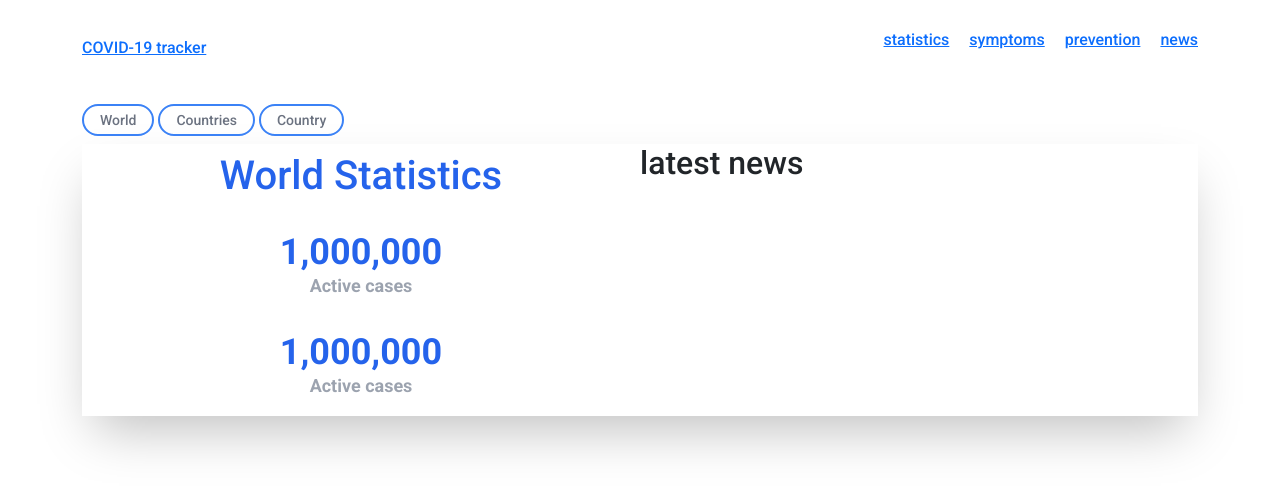
Repository: latenightsnacc/covid-19tracker
Page: design/index.html
An editor plug-in stored every save of this project. The page is shown before and after the next save, followed by the edit.
The browser window is 1280 px wide. The pictures show the whole page.
Some web libraries are served in a nearby version.

Above is the page before, as saved 2021-07-22 16:37:40.

### design/index.html
<!DOCTYPE html>
<html lang="en">
<head>
    <meta charset="UTF-8">
    <meta http-equiv="X-UA-Compatible" content="IE=edge">
    <meta name="viewport" content="width=device-width, initial-scale=1.0">
    <!--Tailwind Css-->
    <link href="https://unpkg.com/tailwindcss@^2/dist/tailwind.min.css" rel="stylesheet">
    <!--Bootstrap CSS-->
    <link href="https://cdn.jsdelivr.net/npm/bootstrap@5.0.0-beta3/dist/css/bootstrap.min.css" rel="stylesheet" integrity="sha384-eOJMYsd53ii+scO/bJGFsiCZc+5NDVN2yr8+0RDqr0Ql0h+rP48ckxlpbzKgwra6" crossorigin="anonymous">
    <!--Font Awesome 5 CDN-->
    <link href="https://cdnjs.cloudflare.com/ajax/libs/font-awesome/5.13.0/css/all.min.css" rel="stylesheet">
    <!--Roboto: Google Font-->
    <link rel="preconnect" href="https://fonts.googleapis.com">
<link rel="preconnect" href="https://fonts.gstatic.com" crossorigin>
<link href="https://fonts.googleapis.com/css2?family=Roboto:wght@300;500;700&display=swap" rel="stylesheet">
    <title>COVID-19 Tracker</title>
    <style>
        * {
            font-family: 'Roboto', sans-serif;
        }
        #coco {

            fill: rgb(1, 1, 58);
            stroke: rgb(95, 4, 80);
            stroke-width: 5px;
            animation: virus-spin infinite 20s linear;

        }

        @keyframes virus-spin {
            from {
                /* transform: rotate(0deg); */
                transform: rotateZ(0deg);
            }
            to {
                transform: rotateZ(-360deg);
            }
        }

    </style>
</head>
<body>
    <main class="m-auto">
        <!--Navigation Component-->
        <div class="container">
            <nav class="flex justify-between w-100 items-center h-24">
                <a href="index.html">
                    <div>COVID-19 tracker</div>
                </a>
                <ul class="flex">
                    <li>
                        <a href="">statistics</a>
                    </li>
                    <li class="ml-5">
                        <a href="">symptoms</a>
                    </li>
                    <li class="ml-5">
                        <a href="">prevention</a>
                    </li>
                    <li class="ml-5">
                        <a href="">news</a>
                    </li>
                </ul>
            </nav>
        </div>

        <div class="container">
            <div class="tags py-2">
                <button class="border-2 border-blue-500 px-3 py-1 rounded-2xl text-gray-500 hover:bg-blue-500 hover:text-white text-mute text-sm capitalize">world</button>
                <button class="border-2 border-blue-500 px-3 py-1 rounded-2xl text-gray-500 hover:bg-blue-500 hover:text-white text-mute text-sm capitalize">countries</button>
                <button class="border-2 border-blue-500 px-3 py-1 rounded-2xl text-gray-500 hover:bg-blue-500 hover:text-white text-mute text-sm capitalize">country</button>
            </div>
            <div class="flex flex-col md:flex-row  shadow-2xl">

                <div class="w-100 md:w-1/2">
                    <h1 class="text-blue-600 text-center py-2">World Statistics</h1>
                    <div class="stats">
                        <div class="w-56 flex flex-col items-center justify-center p-3 m-auto">
                            <span class="text-4xl text-blue-600 font-bold">1,000,000</span>
                            <span class="text-lg text-gray-400 font-bold">Active cases</span>
                        </div>
                        <div class="flex justify-evenly">
                            <div class="w-56 flex flex-col items-center justify-center p-3">
                                <span class="text-4xl text-blue-600 font-bold">1,000,000</span>
                                <span class="text-lg text-gray-400 font-bold">Active cases</span>
                            </div>
                        </div>

                    </div>

                </div>
                <div class="w-100 md:w-1/2">
                    <h2>latest news</h2>

                </div>

            </div>
        </div>
    </main>
</body>
</html>

After the next save:
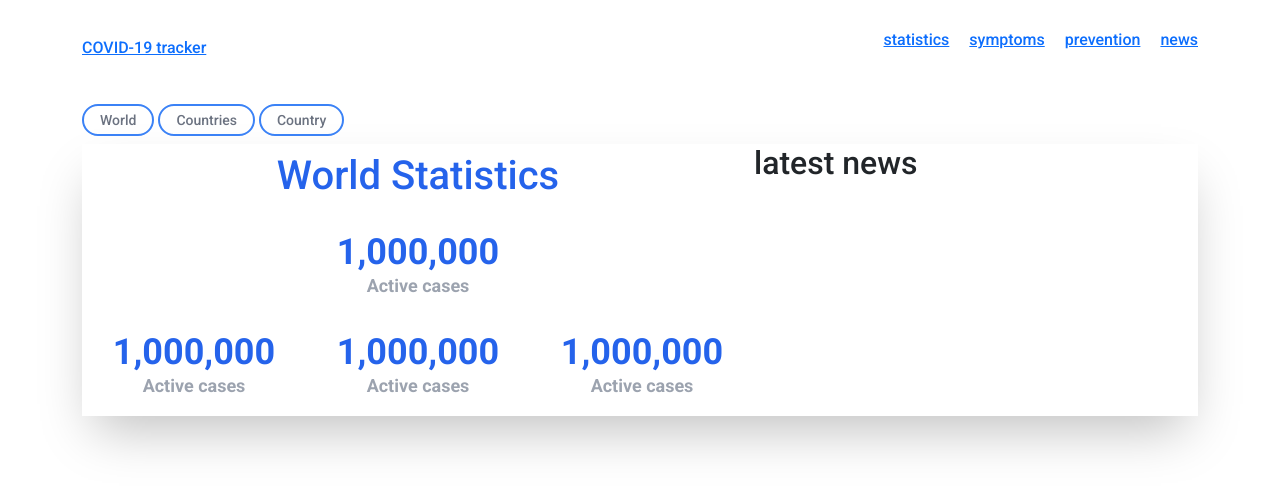
Saved 10 s later.
--- a/design/index.html
+++ b/design/index.html
@@ -85,6 +85,14 @@
                                 <span class="text-4xl text-blue-600 font-bold">1,000,000</span>
                                 <span class="text-lg text-gray-400 font-bold">Active cases</span>
                             </div>
+                            <div class="w-56 flex flex-col items-center justify-center p-3">
+                                <span class="text-4xl text-blue-600 font-bold">1,000,000</span>
+                                <span class="text-lg text-gray-400 font-bold">Active cases</span>
+                            </div>
+                            <div class="w-56 flex flex-col items-center justify-center p-3">
+                                <span class="text-4xl text-blue-600 font-bold">1,000,000</span>
+                                <span class="text-lg text-gray-400 font-bold">Active cases</span>
+                            </div>
                         </div>
 
                     </div>
